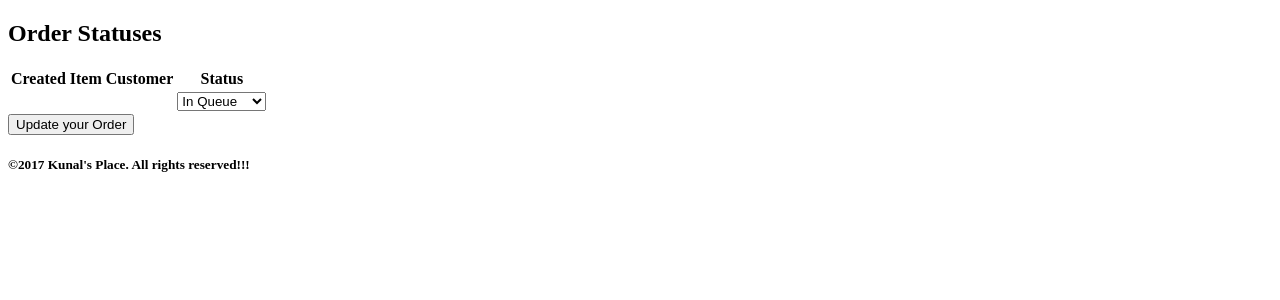
Repository: csula-students/cs-3220-summer-2017-kjuneja
Page: http://localhost/lab4/AdminOrder-Statuses.jsp
The author's editor kept a copy of each file at every save. The page is drawn from the files as they stood at one save, then again after the next save.
The browser window is 1280 px wide. The pictures show the whole page.
The page is served by Tomcat 9. Other server files are loaded and not shown.

Above is the page before, as saved 2017-07-15 19:59:25.

### lab4/lab4/WebContent/AdminOrder-Statuses.jsp
<%@ page language="java" contentType="text/html; charset=UTF-8"
    pageEncoding="UTF-8"%>

    <%@ taglib prefix = "fmt" uri = "http://java.sun.com/jsp/jstl/fmt" %>
     <%@taglib prefix="c" uri="http://java.sun.com/jsp/jstl/core"%>

<!DOCTYPE html PUBLIC "-//W3C//DTD HTML 4.01 Transitional//EN" "http://www.w3.org/TR/html4/loose.dtd">
<html>
<head>
<link rel="stylesheet" href="app.css">
<meta http-equiv="Content-Type" content="text/html; charset=UTF-8">
<title>Order Statuses</title>
</head>
<body>
<myTag:AdminHeader/>
<h2>Order Statuses</h2>
<table>
<thead>
<tr>
<th>Created</th>
<th>Item</th>
<th>Customer</th>
<th>Status</th>
</tr>
</thead>
<tbody>

<tr>
<td></td>
<td></td>
<td> </td>
<td><form name="status" method="get" >
       <select>
           <option>In Queue</option>
           <option>Completed</option>
           <option>In progress</option>

       </select>
    </form>
</td>
</tr>

</tbody>
</table>
<button>Update your Order</button>
<footer>
			<h5> ©2017 Kunal's Place. All rights reserved!!!</h5>
		</footer>
</body>
</html>

Loaded but not shown: lab4/lab4/WebContent/app.css (no copy from this time; the picture is the same without it)

After the next save:
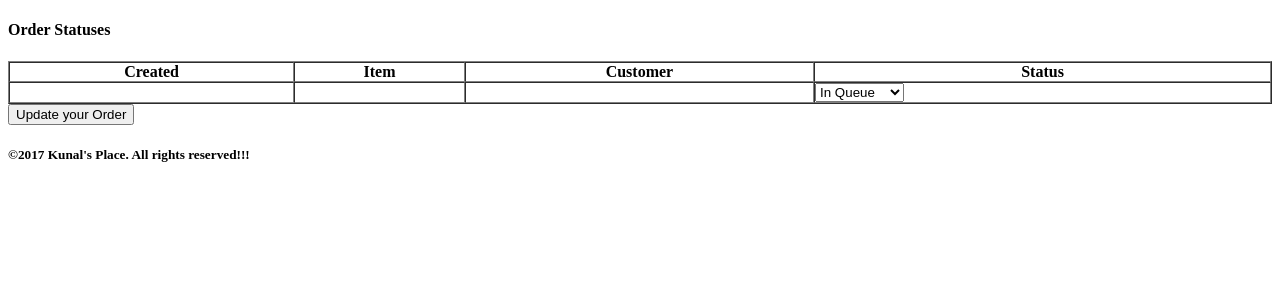
Saved 29 s later.
--- a/lab4/lab4/WebContent/AdminOrder-Statuses.jsp
+++ b/lab4/lab4/WebContent/AdminOrder-Statuses.jsp
@@ -13,8 +13,8 @@
 </head>
 <body>
 <myTag:AdminHeader/>
-<h2>Order Statuses</h2>
-<table>
+<h4>Order Statuses</h4>
+<table border=1 cellpadding=0 cellspacing=0 width=100%>
 <thead>
 <tr>
 <th>Created</th>
